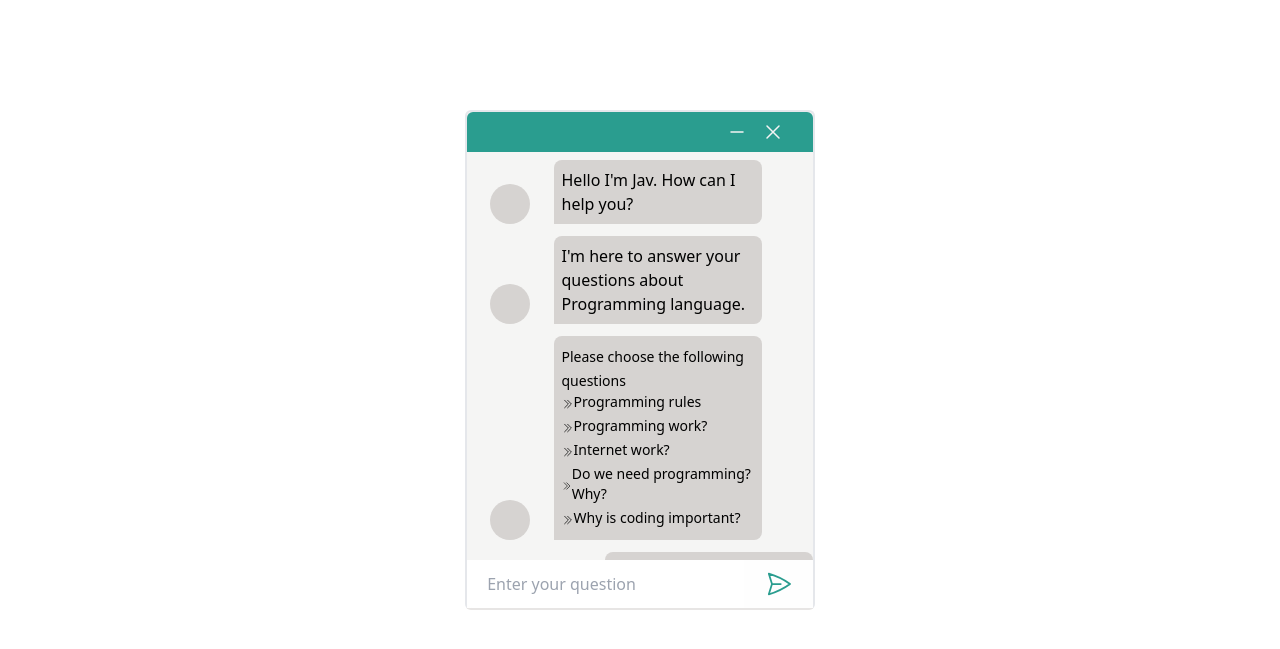
Repository: hsumyatm7308/Chatbot
Page: index.html
An editor plug-in stored every save of this project. The page is shown before and after the next save, followed by the edit.
The browser window is 1280 px wide. The pictures show the whole page.
Some web libraries are served in a nearby version.

Above is the page before, as saved 2023-07-09 12:47:44.

After the next save:
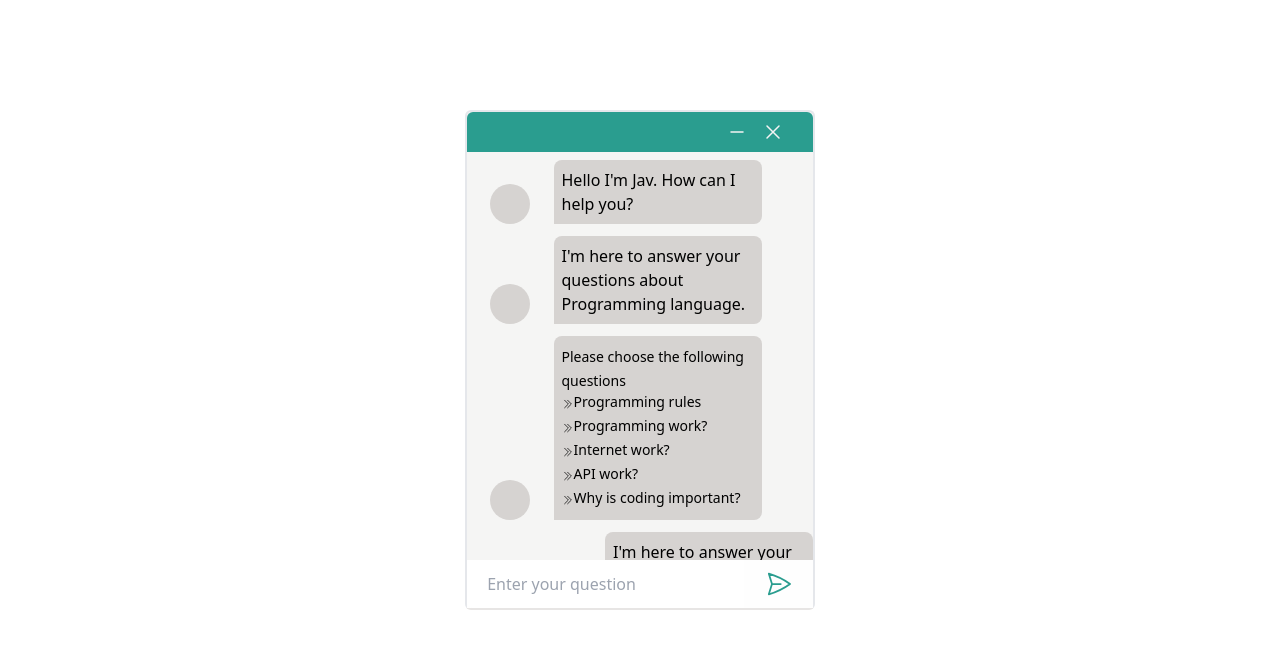
Saved 12 s later.
--- a/index.html
+++ b/index.html
@@ -103,7 +103,7 @@
                                                     <path stroke-linecap="round" stroke-linejoin="round"
                                                         d="M11.25 4.5l7.5 7.5-7.5 7.5m-6-15l7.5 7.5-7.5 7.5" />
                                                 </svg>
-                                                <span class="mb-1"> Do we need programming?Why?</span></a></li>
+                                                <span class="mb-1"> API work?</span></a></li>
 
 
                                         <li class="text-md flex"><a href=""
